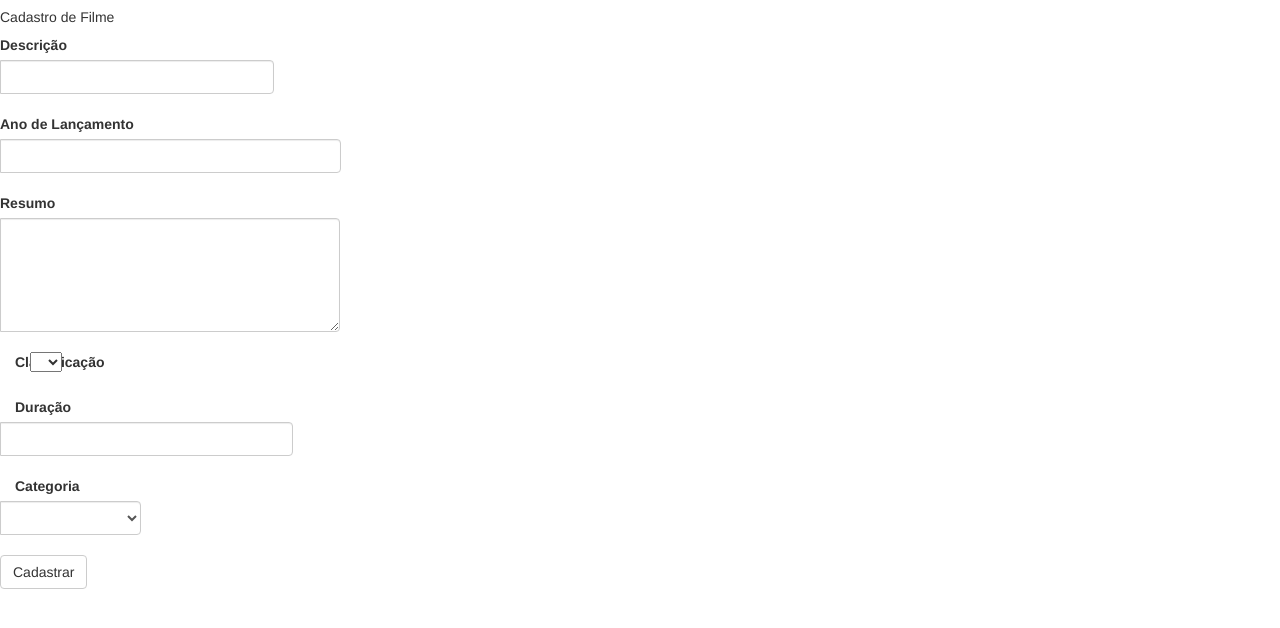
Repository: cadupedrassani/CursoDeJava
Page: Avaliação/BaseAPI/WebApp/src/main/webapp/filme/cadastro.html
The author's editor kept a copy of each file at every save. The page is drawn from the files as they stood at one save, then again after the next save.
The browser window is 1280 px wide. The pictures show the whole page.

Above is the page before, as saved 2016-12-06 16:49:59.

After the next save:
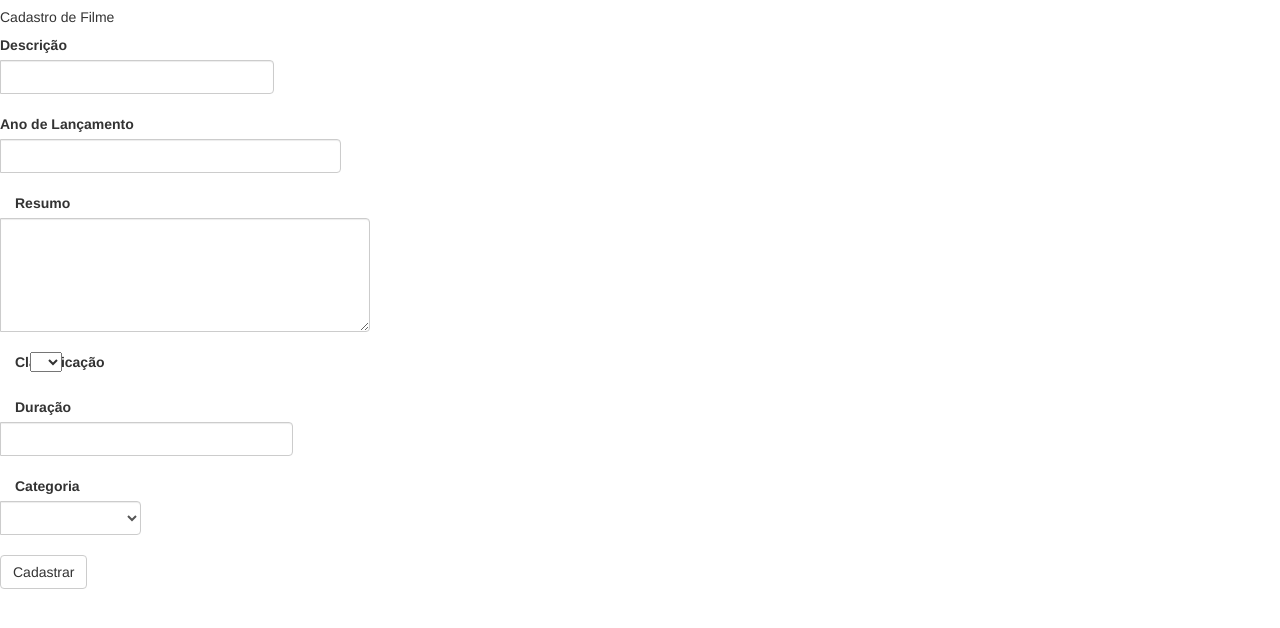
Saved 4 s later.
--- a/Avaliação/BaseAPI/WebApp/src/main/webapp/filme/cadastro.html
+++ b/Avaliação/BaseAPI/WebApp/src/main/webapp/filme/cadastro.html
@@ -26,7 +26,7 @@
 </br>
 
 <div class="input-group">
-	<label>Resumo</label>
+	<label class="control-label col-sm-1">Resumo</label>
 	<textarea rows="5"
 			  cols="30"
 			  id="resumo-filme"
